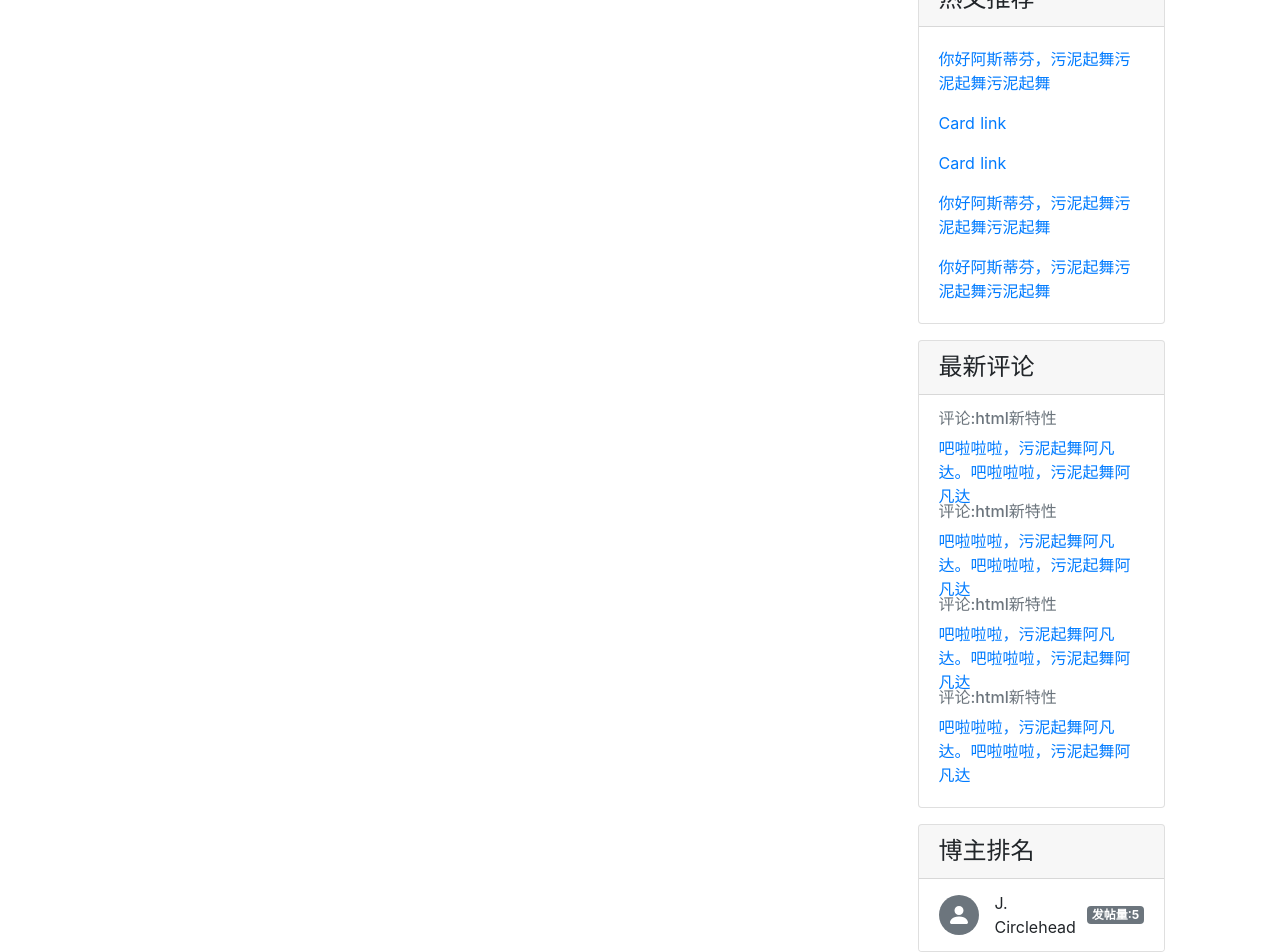
Repository: MTTTM/nuxt-xiaomatata
Page: /
An editor plug-in stored every save of this project. The page is shown before and after the next save, followed by the edit.
The browser window is 1280 px wide. The pictures show the part of the page from y = 692 to 1644 px (the page is 1644 px tall before and 1636 px after).
The project was rebuilt for these pictures with package versions that can differ from the ones it lists, and the page was loaded fresh each time. The framework's server and built-in components were replaced by stand-ins that run in the browser. Also part of the build but not shown: nuxt.config.js, components/Logo.vue, components/aboutMe.vue, components/articleListItem.vue, components/bloggerRanking.vue, components/carouselBox.vue, components/classifyList.vue, components/commentBox.vue and 7 more. Imported but missing from the stored project, and not drawn on this page: components/cmSpinner, mixins/scrollLoad.

Above is the page before, as saved 2021-04-10 12:10:26.

After the next save:
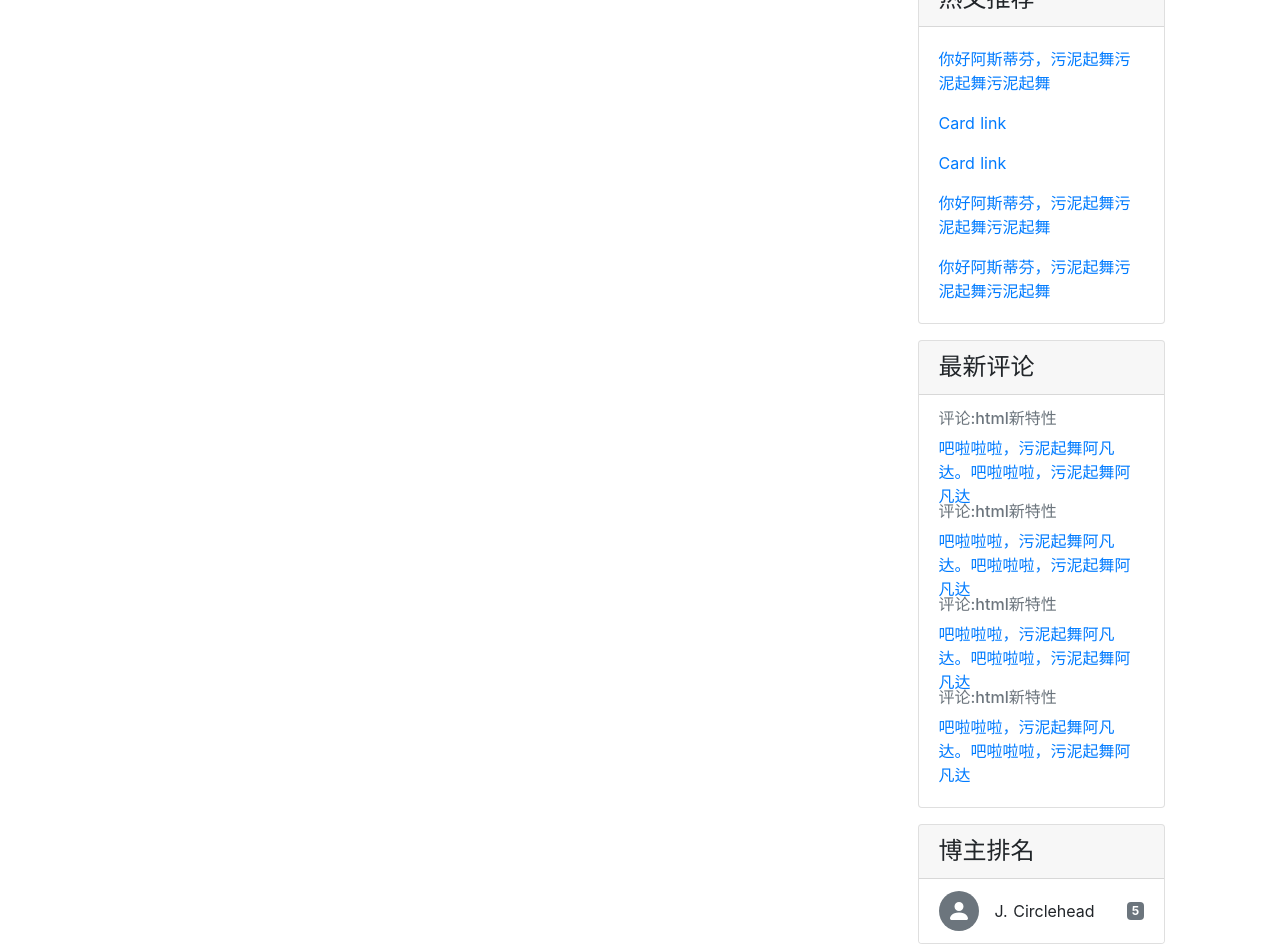
Saved 7 s later.
--- a/pages/index.vue
+++ b/pages/index.vue
@@ -139,7 +139,7 @@
               <b-list-group-item class="d-flex align-items-center">
                 <b-avatar class="mr-3"></b-avatar>
                 <span class="mr-auto">J. Circlehead</span>
-                <b-badge>发帖量:5</b-badge>
+                <b-badge>5</b-badge>
               </b-list-group-item>
             </b-list-group>
           </b-card>
